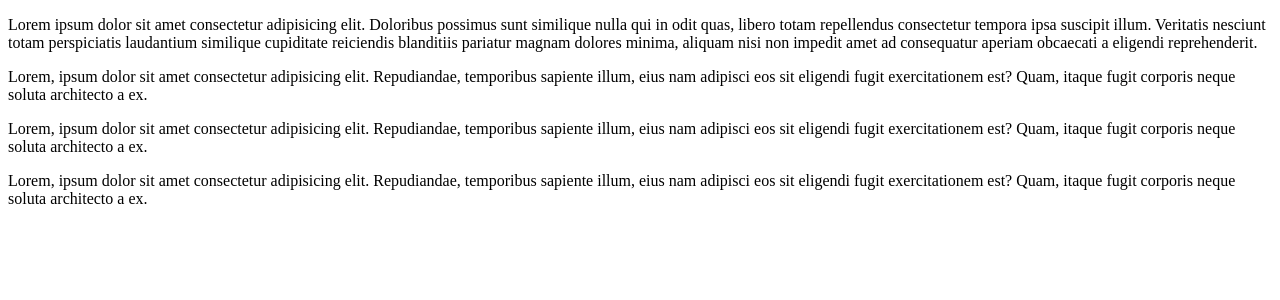
Repository: KikiMcArron/Don_Kiki_McArron
Page: index.html
These files come from the project's save history. The page is drawn as it stood at one moment and after the next save; the edit follows.
The browser window is 1280 px wide. The pictures show the whole page.

Above is the page before, as saved 2022-04-08 12:25:01.

After the next save:
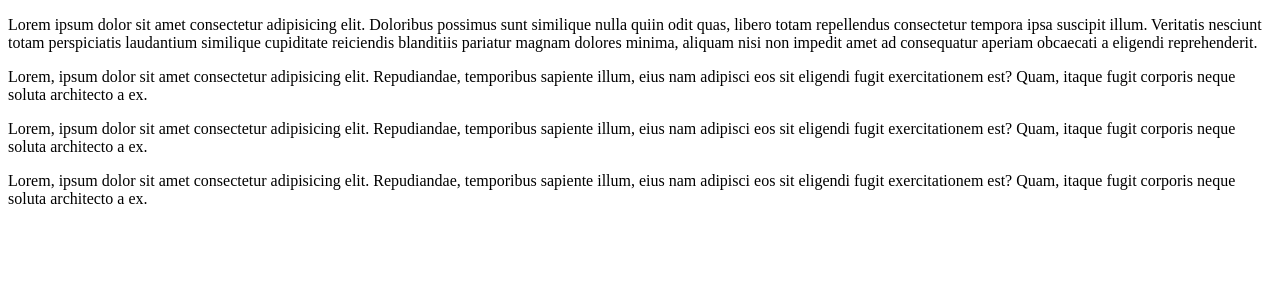
Saved 15 s later.
--- a/index.html
+++ b/index.html
@@ -15,17 +15,30 @@
     <main>
         <section class="last_entrie">
             <article>
-                <p>Lorem ipsum dolor sit amet consectetur adipisicing elit. Doloribus possimus sunt similique nulla qui in
-                    odit quas, libero totam repellendus consectetur tempora ipsa suscipit illum. Veritatis nesciunt totam
+                <p>Lorem ipsum dolor sit amet consectetur adipisicing elit. Doloribus possimus sunt similique nulla quiin
+                    odit quas, libero totam repellendus consectetur tempora ipsa suscipit illum. Veritatis nesciunt
+                    totam
                     perspiciatis laudantium similique cupiditate reiciendis blanditiis pariatur magnam dolores minima,
                     aliquam nisi non impedit amet ad consequatur aperiam obcaecati a eligendi reprehenderit.</p>
 
             </article>
         </section>
         <section class="prev_entries">
-            <article><p>Lorem, ipsum dolor sit amet consectetur adipisicing elit. Repudiandae, temporibus sapiente illum, eius nam adipisci eos sit eligendi fugit exercitationem est? Quam, itaque fugit corporis neque soluta architecto a ex.</p></article>
-            <article><p>Lorem, ipsum dolor sit amet consectetur adipisicing elit. Repudiandae, temporibus sapiente illum, eius nam adipisci eos sit eligendi fugit exercitationem est? Quam, itaque fugit corporis neque soluta architecto a ex.</p></article>
-            <article><p>Lorem, ipsum dolor sit amet consectetur adipisicing elit. Repudiandae, temporibus sapiente illum, eius nam adipisci eos sit eligendi fugit exercitationem est? Quam, itaque fugit corporis neque soluta architecto a ex.</p></article>
+            <article>
+                <p>Lorem, ipsum dolor sit amet consectetur adipisicing elit. Repudiandae, temporibus sapiente illum,
+                    eius nam adipisci eos sit eligendi fugit exercitationem est? Quam, itaque fugit corporis neque
+                    soluta architecto a ex.</p>
+            </article>
+            <article>
+                <p>Lorem, ipsum dolor sit amet consectetur adipisicing elit. Repudiandae, temporibus sapiente illum,
+                    eius nam adipisci eos sit eligendi fugit exercitationem est? Quam, itaque fugit corporis neque
+                    soluta architecto a ex.</p>
+            </article>
+            <article>
+                <p>Lorem, ipsum dolor sit amet consectetur adipisicing elit. Repudiandae, temporibus sapiente illum,
+                    eius nam adipisci eos sit eligendi fugit exercitationem est? Quam, itaque fugit corporis neque
+                    soluta architecto a ex.</p>
+            </article>
         </section>
         <section class="hitory_entries"></section>
     </main>

After the save that followed:
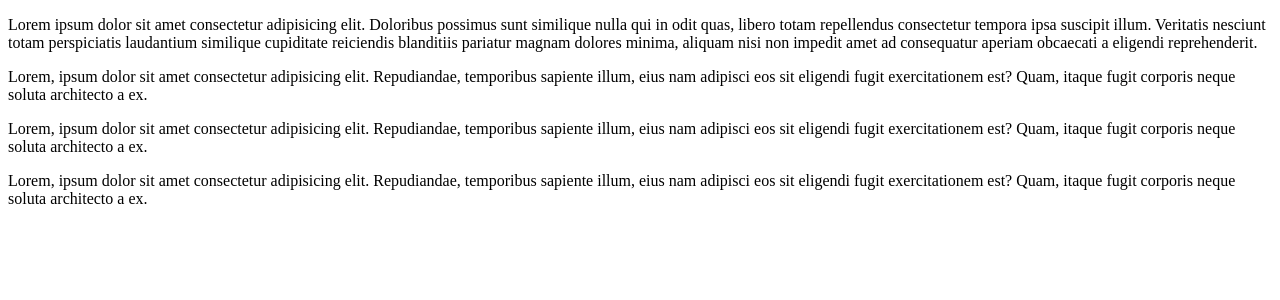
Saved 8 s later.
--- a/index.html
+++ b/index.html
@@ -15,8 +15,7 @@
     <main>
         <section class="last_entrie">
             <article>
-                <p>Lorem ipsum dolor sit amet consectetur adipisicing elit. Doloribus possimus sunt similique nulla quiin
-                    odit quas, libero totam repellendus consectetur tempora ipsa suscipit illum. Veritatis nesciunt
+                <p>Lorem ipsum dolor sit amet consectetur adipisicing elit. Doloribus possimus sunt similique nulla qui in odit quas, libero totam repellendus consectetur tempora ipsa suscipit illum. Veritatis nesciunt
                     totam
                     perspiciatis laudantium similique cupiditate reiciendis blanditiis pariatur magnam dolores minima,
                     aliquam nisi non impedit amet ad consequatur aperiam obcaecati a eligendi reprehenderit.</p>
